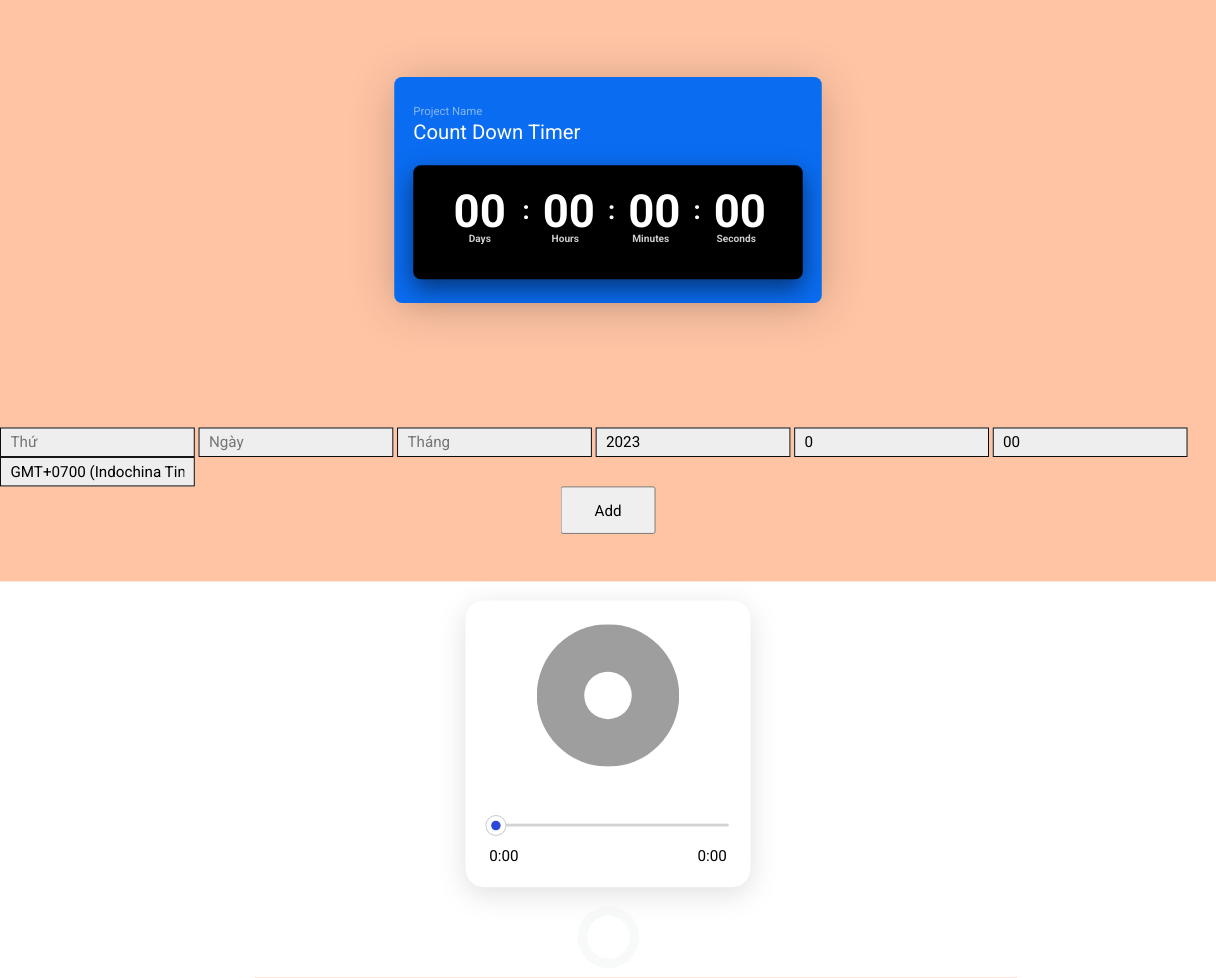
Repository: thuanpham00/CountDownTimer
Page: index.html
These files come from the project's save history. The page is drawn as it stood at one moment and after the next save; the edit follows.
The browser window is 1280 px wide. The pictures show the whole page, at 95% of full size.
Pictures or frames that could not be fetched are drawn as grey boxes. The style sheet was rebuilt from its Sass, Less or Tailwind sources for each picture, by a compiler version that may differ from the author's.

Above is the page before, as saved 2023-09-27 15:27:37.

### index.html
<!DOCTYPE html>
<html lang="en">
    <head>
        <meta charset="UTF-8" />
        <meta name="viewport" content="width=device-width, initial-scale=1.0" />
        <title>Count Down</title>
        <link rel="preconnect" href="https://fonts.googleapis.com" />
        <link rel="preconnect" href="https://fonts.gstatic.com" crossorigin />
        <link
            href="https://fonts.googleapis.com/css2?family=Roboto:wght@300;400;500;700;900&display=swap"
            rel="stylesheet"
        />
        <link rel="stylesheet" href="./assets/css/main.css" />
    </head>
    <body>
        <div class="timer">
            <div class="timer-wrapper">
                <div>
                    <label class="timer-title">Project Name</label>
                    <label class="timer-name">Count Down Timer</label>
                </div>
                <div class="counter">
                    <div class="days">
                        <div class="value" id="days">00</div>
                        <span>Days</span>
                    </div>

                    <div class="hours">
                        <div class="value" id="hours">00</div>
                        <span>Hours</span>
                    </div>

                    <div class="minutes">
                        <div class="value" id="minutes">00</div>
                        <span>Minutes</span>
                    </div>

                    <div class="seconds">
                        <div class="value" id="seconds">00</div>
                        <span>Seconds</span>
                    </div>
                </div>
            </div>
        </div>
        <form class="form-timer">
            <input type="text" name="day" placeholder="Thứ" class="dayInput" />
            <input
                type="text"
                name="date"
                placeholder="Ngày"
                class="dateInput"
            />
            <input
                type="text"
                name="month"
                placeholder="Tháng"
                class="monthInput"
            />
            <input
                type="number"
                name="year"
                placeholder="Năm"
                value="2023"
                class="yearInput"
            />
            <input
                type="number"
                name="hour"
                placeholder="Giờ"
                class="hourInput"
                value="0"
            />
            <input
                type="number"
                name="minute"
                placeholder="Phút"
                class="minuteInput"
                value="00"
            />
            <input
                type="text"
                name="GMT"
                value="GMT+0700 (Indochina Time)"
                class="hourInput"
            />
            <button class="todo__submit" type="submit">Add</button>
        </form>

        <div class="player">
            <div class="player-box">
                <div class="player-media">
                    <img
                        src="https://cdn.dribbble.com/users/3960463/screenshots/14630140/media/c79331860d7ca1b97430a4888617f428.png?compress=1&resize=800x600"
                        alt=""
                        class="player-image"
                    />
                </div>
                <div class="progress">
                    <input
                        type="range"
                        id="progress-bar"
                        min="0"
                        max=""
                        value="0"
                        class="bar"
                    />
                    <audio src="./files/holo.mp3" id="song"></audio>
                </div>
                <div class="player-number">
                    <span class="player-remaining">0:00</span>
                    <span class="player-duration">0:00</span>
                </div>
            </div>
            <div class="player-tool">
                <i class="fa fa-backward player-prev"></i>
                <i class="fa fa-play player-play"></i>
                <i class="fa fa-forward player-next"></i>
            </div>
        </div>
        <script src="./assets/js/main.js"></script>
    </body>
</html>

### assets/js/main.js
window.addEventListener("load", function () {
    const daysText = document.querySelector("#days");
    const hoursText = document.querySelector("#hours");
    const minutesText = document.querySelector("#minutes");
    const secondsText = document.querySelector("#seconds");

    function setTimer(
        dayInput,
        monthInput,
        dateInput,
        yearInput,
        hourInput,
        minuteInput,
        gmtInput
    ) {
        let currentTime = new Date().getTime();
        const endTime = new Date(
            yearInput,
            getMonthIndex(monthInput),
            dateInput,
            hourInput,
            minuteInput
        ).getTime();

        if (isNaN(endTime) || endTime - currentTime <= 0) return;
        setInterval(changeTimer, 500);
        changeTimer();

        function changeTimer() {
            let days, hours, minutes, seconds;
            const now = new Date();
            let startTime = now.getTime();
            let countDown = parseInt((endTime - startTime) / 1000);
            if (countDown > 0) {
                days = parseInt(countDown / 86400);
                countDown = countDown % 86400;
                hours = parseInt(countDown / 3600);
                countDown = countDown % 3600;
                minutes = parseInt(countDown / 60);
                countDown = countDown % 60;
                seconds = parseInt(countDown);

                daysText.textContent = `${days}`.slice(-2);
                hoursText.textContent = `${hours}`.slice(-2);
                minutesText.textContent = `${minutes}`.slice(-2);
                secondsText.textContent = `${seconds}`.slice(-2);
            }
        }

        function getMonthIndex(monthName) {
            const months = [
                "Jan",
                "Feb",
                "Mar",
                "Apr",
                "May",
                "Jun",
                "Jul",
                "Aug",
                "Sep",
                "Oct",
                "Nov",
                "Dec",
            ];
            return months.indexOf(monthName);
        }
    }

    const formTimer = document.querySelector(".form-timer");
    formTimer.addEventListener("submit", function (e) {
        e.preventDefault();
        const dayInput = this.elements["day"].value;
        const monthInput = this.elements["month"].value;
        const dateInput = parseInt(this.elements["date"].value);
        const yearInput = parseInt(this.elements["year"].value);
        const hourInput = parseInt(this.elements["hour"].value);
        const minuteInput = parseInt(this.elements["minute"].value);
        const gmtInput = this.elements["GMT"].value;
        setTimer(
            dayInput,
            monthInput,
            dateInput,
            yearInput,
            hourInput,
            minuteInput,
            gmtInput
        );
    });
});

### scss/main.scss
html,
body,
div,
span,
applet,
object,
iframe,
h1,
h2,
h3,
h4,
h5,
h6,
p,
blockquote,
pre,
a,
abbr,
acronym,
address,
big,
cite,
code,
del,
dfn,
em,
img,
ins,
kbd,
q,
s,
samp,
small,
strike,
strong,
sub,
sup,
tt,
var,
b,
u,
i,
center,
dl,
dt,
dd,
ol,
ul,
li,
fieldset,
form,
label,
legend,
table,
caption,
tbody,
tfoot,
thead,
tr,
th,
td,
article,
aside,
canvas,
details,
embed,
figure,
figcaption,
footer,
header,
hgroup,
menu,
nav,
output,
ruby,
section,
summary,
time,
mark,
audio,
video {
    margin: 0;
    padding: 0;
    border: 0;
    font-size: 100%;
    font: inherit;
    vertical-align: baseline;
}
/* HTML5 display-role reset for older browsers */
article,
aside,
details,
figcaption,
figure,
footer,
header,
hgroup,
menu,
nav,
section {
    display: block;
}
body {
    line-height: 1;
}
ol,
ul {
    list-style: none;
}
blockquote,
q {
    quotes: none;
}
blockquote:before,
blockquote:after,
q:before,
q:after {
    content: "";
    content: none;
}
table {
    border-collapse: collapse;
    border-spacing: 0;
}

*,
::after,
::before {
    box-sizing: border-box;
}

html {
    font-size: 62.5%;
}

body {
    font-size: 1.6rem;
    font-family: "Poppins", sans-serif;
}

input,
select,
textarea,
button {
    font-size: inherit;
    font-family: inherit;
}

$continer-color: #0a6cf1;
$continer-padding: 30px 20px 10px 20px;
body {
    font-family: "Roboto", sans-serif;
    background: #ffc4a4;
    user-select: none;
}

.timer {
    // position: relative;
    // margin: auto;
    display: flex;
    align-items: center;
    justify-content: center;
    min-height: 400px;

    &-wrapper {
        background-color: $continer-color;
        padding: $continer-padding;
        border-radius: 8px;
        color: #fff;
        min-width: 450px;
        box-shadow: 0 5px 50px rgba(0, 0, 0, 0.2);
    }

    label {
        display: block;
    }

    &-title {
        font-size: 9pt;
        opacity: 0.5;
    }

    &-name {
        font-size: 16pt;
        margin: 5px 0;
    }

    .counter {
        padding: 25px;
        margin: 25px 0 15px 0;
        background-color: #000;
        font-weight: 700;
        border-radius: 8px;
        box-shadow: 0 10px 25px rgba(0, 0, 0, 0.5);
        min-height: 120px;

        div {
            display: inline-block;
        }
        .days,
        .hours,
        .minutes,
        .seconds {
            width: 25%;
            float: left;
            text-align: center;
            .value {
                display: block;
                font-size: 36pt;
                width: 100%;
                display: block;
            }
            span {
                font-size: 8pt;
                opacity: 0.8;
                width: 100%;
                display: block;
            }
        }
        .hours::before,
        .minutes::before,
        .seconds::before {
            content: ":";
            float: left;
            font-size: 20pt;
            position: relative;
            margin-top: 10px;
            opacity: 0.7;
            animation: pink 1s ease-in-out infinite;
        }
    }
}

@keyframes pink {
    0% {
        opacity: 1;
    }
    50% {
        opacity: 0.5;
    }
    100% {
        opacity: 1;
    }
}

.form-timer {
    margin: 50px auto;
    max-width: 1500px;

    input {
        padding: 5px 10px;
        outline: none;
        background: #eee;
        border: 1px solid #000;
    }

    button {
        width: 100px;
        height: 50px;
        display: block;
        margin: 0 auto;
    }
}

.player {
    background-color: white;
    padding: 20px;
}

.player-box {
    box-shadow: rgba(100, 100, 111, 0.2) 0px 7px 29px 0px;
    padding: 25px;
    display: flex;
    align-items: center;
    justify-content: center;
    flex-direction: column;
    text-align: center;
    border-radius: 20px;
    max-width: 300px;
    margin: 0 auto 30px;
}

.player-media {
    position: relative;
    width: 150px;
    height: 150px;
    border-radius: 100rem;
    margin-bottom: 25px;
}
.player-media:before {
    content: "";
    width: 50px;
    height: 50px;
    background-color: white;
    border-radius: 100px;
    position: absolute;
    top: 50%;
    left: 50%;
    transform: translate(-50%, -50%);
    z-index: 10;
}

.player-image {
    width: 100%;
    height: 100%;
    object-fit: cover;
    border-radius: inherit;
}

.player-image.is-playing {
    animation: rotate 10s forwards infinite linear;
}

@keyframes rotate {
    to {
        transform: rotate(360deg);
    }
}

.progress {
    margin-bottom: 20px;
    margin-top: 25px;
}

.player-number {
    display: flex;
    justify-content: space-between;
    align-items: center;
    width: 100%;
}

.player-tool {
    display: flex;
    justify-content: center;
    align-items: center;
}

.player-play {
    color: #2b48d9;
    width: 45px;
    height: 45px;
    border-radius: 100rem;
    display: flex;
    justify-content: center;
    align-items: center;
    cursor: pointer;
    background-color: white;
    box-shadow: 0 0 0 10px rgba(242, 243, 244, 0.5);
    font-size: 16px;
    margin: 0 30px;
}

.player-next,
.player-prev {
    cursor: pointer;
    font-size: 16px;
}

.progress {
    width: 100%;
    position: relative;
}

.bar {
    -webkit-appearance: none;
    width: 100%;
    height: 3px;
    background: #d3d3d3;
    outline: none;
    -webkit-transition: 0.2s;
    transition: opacity 0.2s;
}

.bar::-webkit-slider-thumb {
    -webkit-appearance: none;
    appearance: none;
    width: 10px;
    height: 10px;
    border-radius: 100rem;
    background-color: #2b48d9;
    box-shadow: 0 0 0 5px white, 0 0 0 6px #ccc;
}

/* .bar::-webkit-slider-thumb chọn phần tử con của phần tử có lớp bar mà là "thumb" của thanh trượt (slider)
 dành cho trình duyệt WebKit (chẳng hạn như Safari hoặc Chrome).

.bar::-moz-range-thumb chọn phần tử con của phần tử có lớp bar mà là "thumb" của
thanh trượt (slider) dành cho trình duyệt Firefox (Mozilla).
*/

.bar::-moz-range-thumb {
    cursor: pointer;
    width: 10px;
    height: 10px;
    border-radius: 100rem;
    background-color: #2b48d9;
    box-shadow: 0 0 0 5px white, 0 0 0 6px #ccc;
}

After the next save:
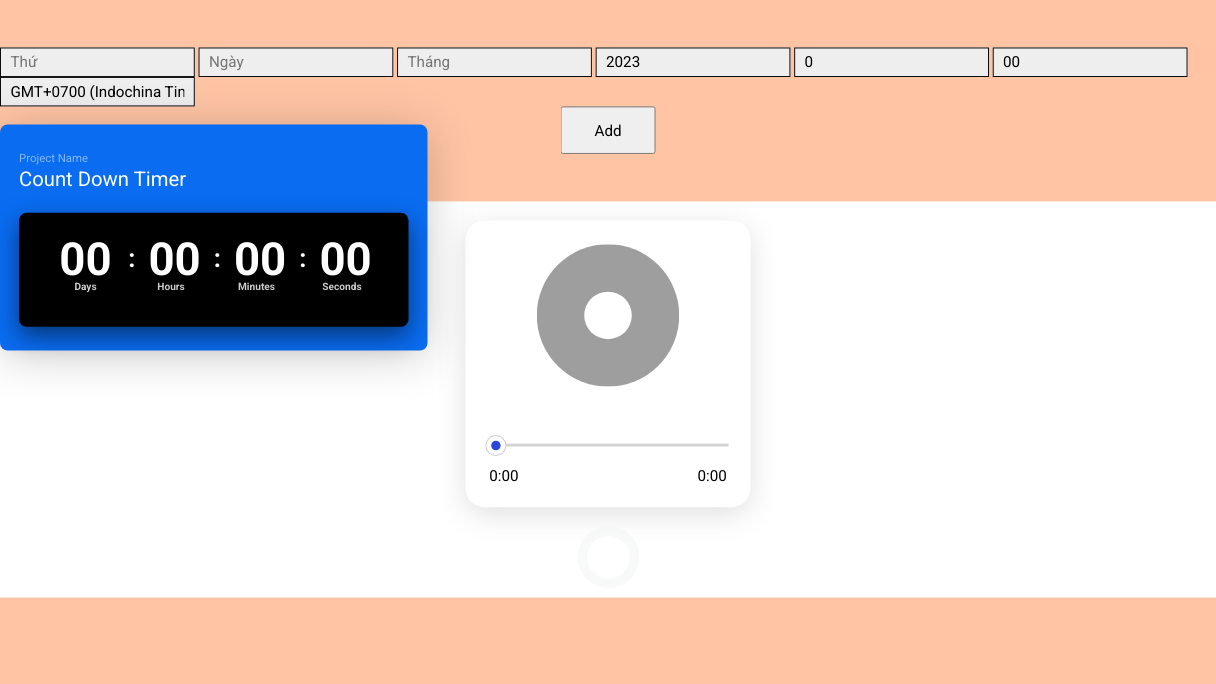
Saved 35 s later.
--- a/scss/main.scss
+++ b/scss/main.scss
@@ -157,6 +157,8 @@ body {
 .timer {
     // position: relative;
     // margin: auto;
+    position: absolute;
+    left: 0;
     display: flex;
     align-items: center;
     justify-content: center;
